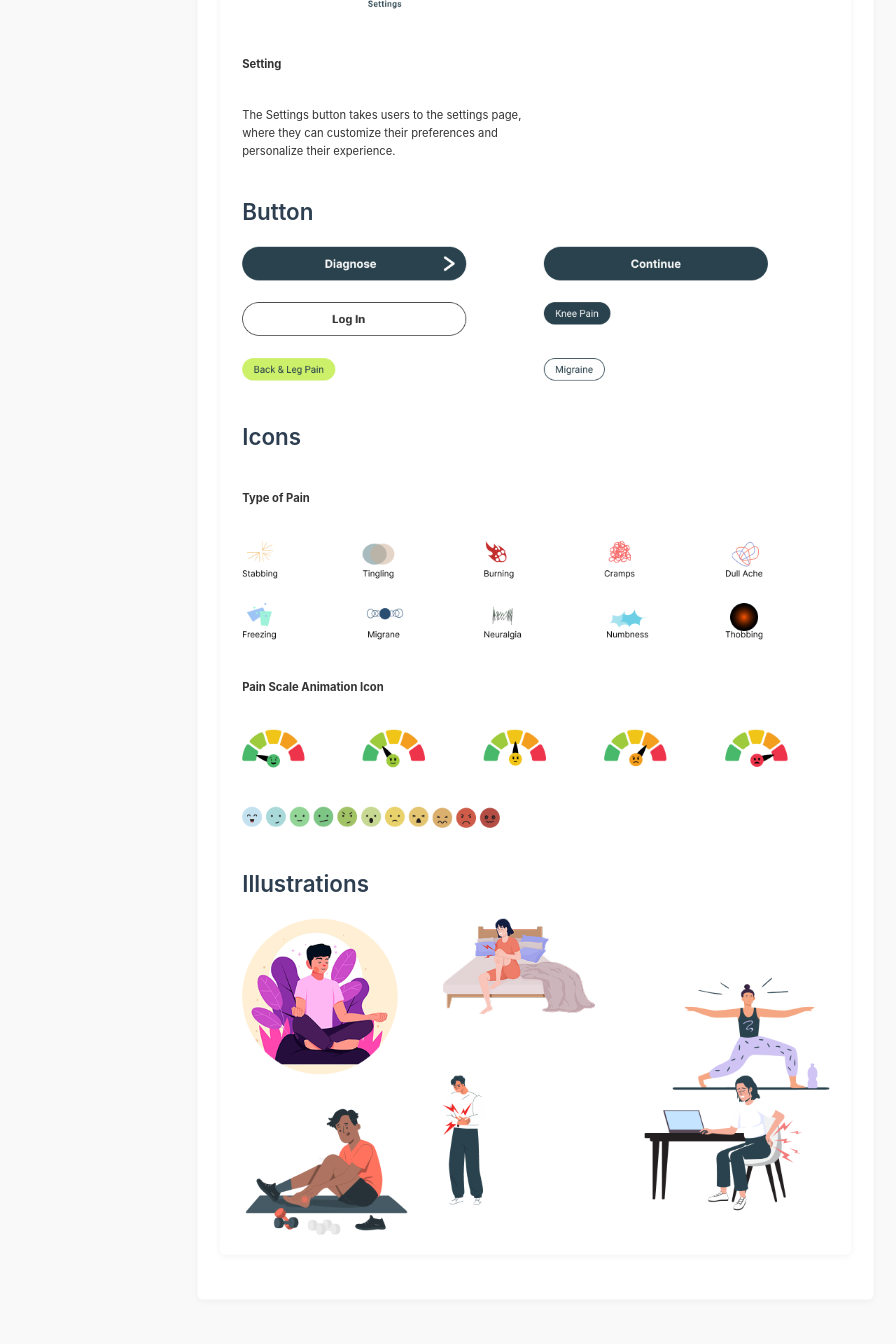
Repository: rosielee09/Heal_U
Page: graphics.html
The author's editor kept a copy of each file at every save. The page is drawn from the files as they stood at one save, then again after the next save.
The browser window is 1280 px wide. The pictures show the part of the page from y = 1062 to 2982 px (the page is 2982 px tall), at 70% of full size.

Above is the page before, as saved 2025-04-03 22:02:29.

After the next save:
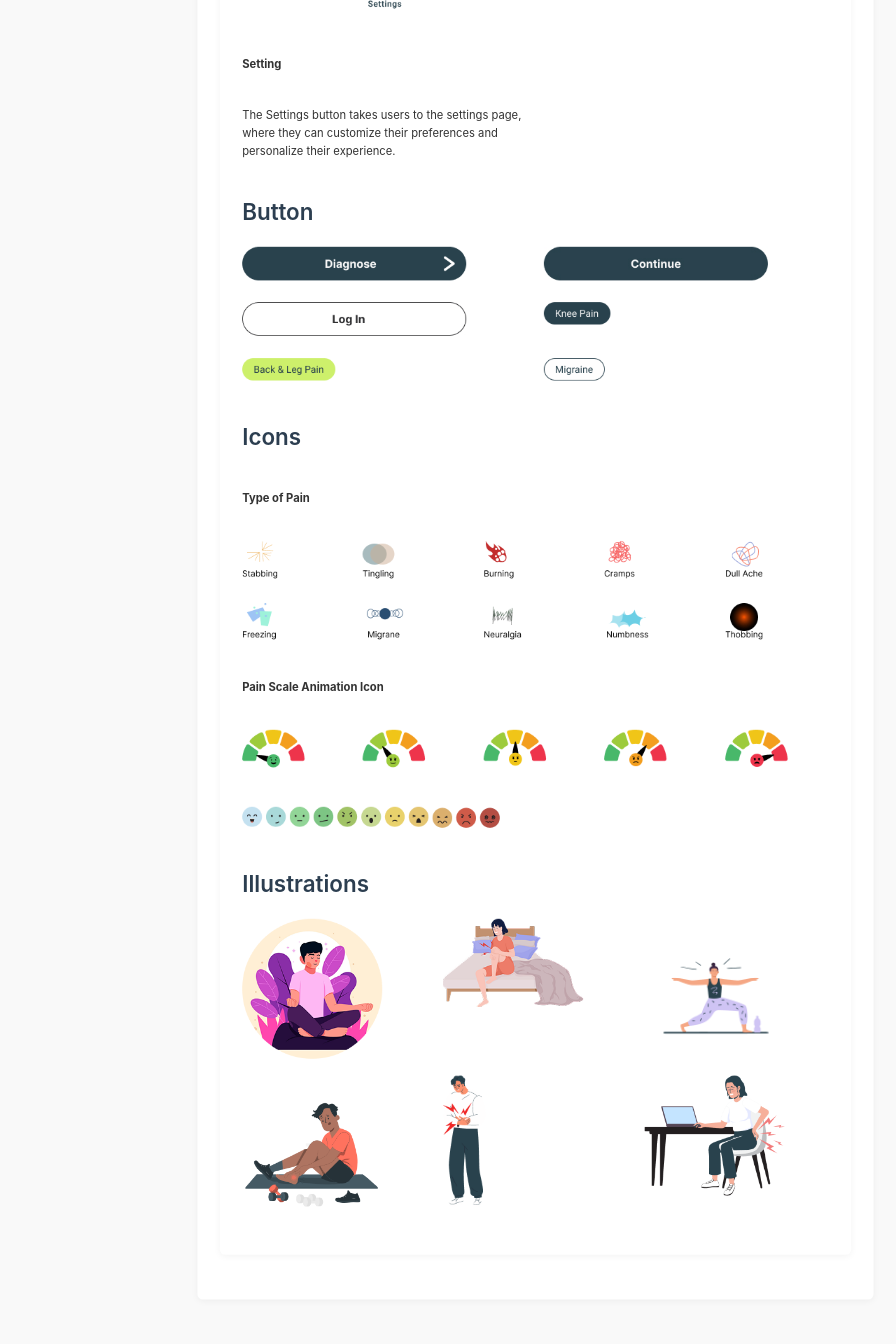
Saved 9 s later.
--- a/graphics.html
+++ b/graphics.html
@@ -185,22 +185,22 @@
             <div class="graphic-grid-illustrations">
                   <!-- fill button -->
                 <div class="graphic-item-illustrations">
-                    <img class="graphic-button__icon" src="/img/Appovation - illustration set/5214865 1.png" >
-                </div>
-                <div class="graphic-item-illustrations">
-                    <img class="graphic-button__icon" src="/img/Appovation - illustration set/AdobeStock_593962329 1.png">
-                </div>
-                <div class="graphic-item-illustrations">
-                    <img class="graphic-button__icon" src="/img/Appovation - illustration set/exercise 2.png" >
-                </div>
-                <div class="graphic-item-illustrations">
-                    <img class="graphic-button__icon" src="/img/Appovation - illustration set/Group 103.png" >
-                </div>
-                <div class="graphic-item-illustrations">
-                    <img class="graphic-button__icon" src="/img/Appovation - illustration set/Group 84.png" >
-                </div>
-                <div class="graphic-item-illustrations">
-                    <img class="graphic-button__icon" src="/img/Appovation - illustration set/Group 98.png" >
+                    <img class="graphic-illustrations" src="/img/Appovation - illustration set/5214865 1.png" >
+                </div>
+                <div class="graphic-item-illustrations">
+                    <img class="graphic-illustrations" src="/img/Appovation - illustration set/AdobeStock_593962329 1.png">
+                </div>
+                <div class="graphic-item-illustrations">
+                    <img class="graphic-illustrations" src="/img/Appovation - illustration set/exercise 2.png" >
+                </div>
+                <div class="graphic-item-illustrations">
+                    <img class="graphic-illustrations" src="/img/Appovation - illustration set/Group 103.png" >
+                </div>
+                <div class="graphic-item-illustrations">
+                    <img class="graphic-illustrations" src="/img/Appovation - illustration set/Group 84.png" >
+                </div>
+                <div class="graphic-item-illustrations">
+                    <img class="graphic-illustrations" src="/img/Appovation - illustration set/Group 98.png" >
                 </div>
             </div>
         </section>
